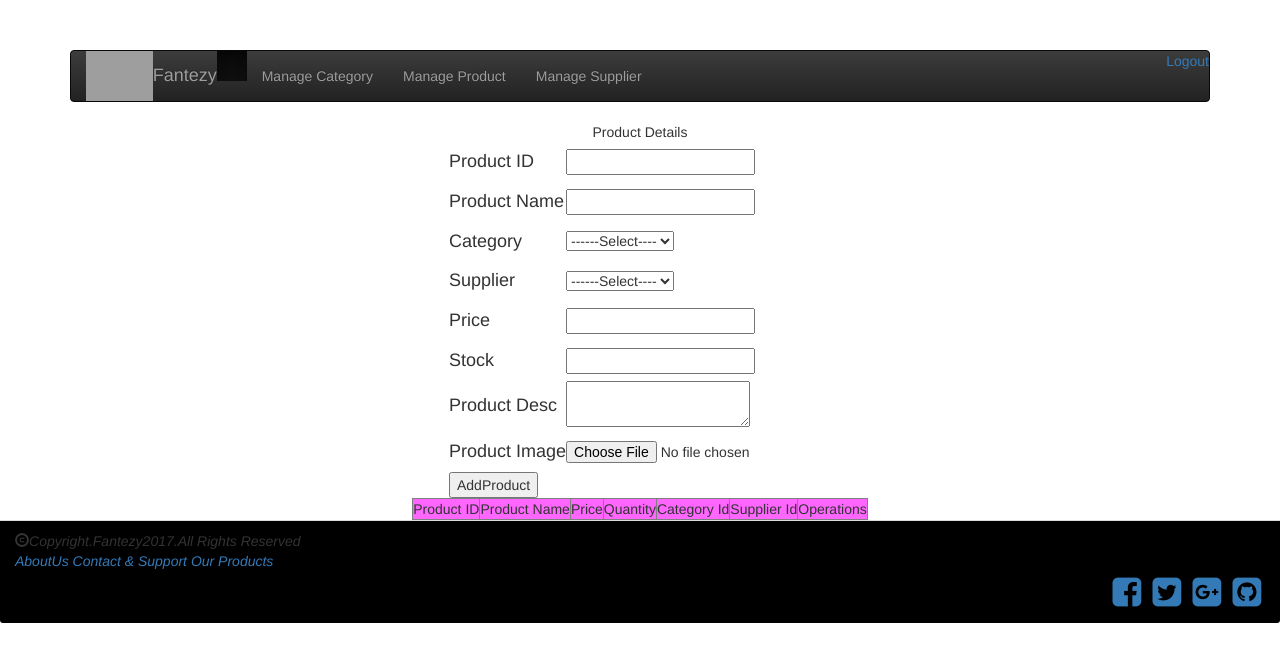
Repository: Safna93/eCommerce-project
Page: http://localhost/FantezyFrontendProject/WEB-INF/views/Product.jsp
The author's editor kept a copy of each file at every save. The page is drawn from the files as they stood at one save, then again after the next save.
The browser window is 1280 px wide. The pictures show the whole page.
Pictures or frames that could not be fetched are drawn as grey boxes. Some web libraries are served in a nearby version. The page is served by Tomcat 9. Nobody is signed in. Other server files are loaded and not shown. The template is opened directly, without the code that normally fills it, so the values that code supplies are empty.

Above is the page before, as saved 2017-07-11 09:10:39.

### Fantezy Project/Fantezy/FantezyFrontendProject/src/main/webapp/WEB-INF/views/Product.jsp
<%@ page language="java" contentType="text/html"%>
<%@ taglib uri="http://java.sun.com/jsp/jstl/core" prefix="c"%>
<%@taglib prefix="form" uri="http://www.springframework.org/tags/form"%>

<%@include file="AdminHeader.jsp"%>

<form:form method="POST" action="InsertProduct" modelAttribute="product" enctype="Multipart/form-data">
<table align="center">
			<tr>
				<td colspan="2"><center>Product Details</center></td>
			</tr>
			<tr>
				<td><h4>Product ID</h4></td>
				<td><form:input path="prodid" /></td>
			</tr>
			<tr>
				<td><h4>Product Name</h4></td>
				<td><form:input path="prodname" /></td>
			</tr>

			<tr>
				<td><h4>Category</h4></td>
				<td><form:select path="catid">
						<form:option value="0" label="------Select----" />
						<form:options items="${catlist}" />
					</form:select>
				</td>
			</tr>
			<tr>
				<td><h4>Supplier</h4></td>
				<td><form:select path="suppid">
						<form:option value="0" label="------Select----" />
						<form:options items="${supplist}" />
					</form:select>
				</td>
			</tr>

			<tr>
				<td><h4>Price</h4></td>
				<td><form:input path="price" /></td>
			</tr>
			<tr>
				<td><h4>Stock</h4></td>
				<td><form:input path="quantity" /></td>
			</tr>
			<tr>
				<td><h4>Product Desc</h4></td>
				<td><form:textarea path="proddesc" /></td>
			</tr>
			<tr>
				<td><h4>Product Image</h4></td>
				<td><form:input type="file" path="pimage" /></td>
			</tr>

			<tr>
			<td colspan="2"><input type="submit" value="AddProduct"/></td>
			</tr>
</table>
</form:form>

<!-- Displaying the Product data using Table -->
<table cellspacing="2" align="center" border="1">

	<tr bgcolor="#ff66ff">
		<td>Product ID</td>
		<td>Product Name</td>
		<td>Price</td>
		<td>Quantity</td>
		<td>Category Id</td>
		<td>Supplier Id</td>
		<td>Operations</td>
	</tr>
	<c:forEach items="${prodlist}" var="product">
		<tr bgcolor="#00ff99">
			<td>${product.prodid}</td>
			<td>${product.prodname}</td>
			<td>${product.price}</td>
			<td>${product.quantity}</td>
			<td>${product.catid}</td>
			<td>${product.suppid}</td>
			<td><a href="<c:url value="deleteProduct/${product.prodid}"/>">Delete</a>
				<a href="<c:url value="updateProduct/${product.prodid}"/>">Update</a>
			</td>
		</tr>
	</c:forEach>
</table>
<!-- Completed Displaying Table -->
<%@include file="Footer.jsp" %>
</body>
</html>

### Fantezy Project/Fantezy/FantezyFrontendProject/src/main/webapp/WEB-INF/views/AdminHeader.jsp
<!DOCTYPE html>
<html lang="en">
<head>
<title>Fatntezy-The Girlz Corner</title>
<meta charset="utf-8">
<meta name="viewport" content="width=device-width, initial-scale=1">
<%@ taglib uri="http://java.sun.com/jsp/jstl/core" prefix="c"%>
<link rel="stylesheet"
	href="https://maxcdn.bootstrapcdn.com/bootstrap/3.3.7/css/bootstrap.min.css">
<link href="<c:url value="/resources/css/Head.css" />" rel="stylesheet">
<script
	src="https://ajax.googleapis.com/ajax/libs/jquery/3.2.1/jquery.min.js"></script>
<script
	src="https://maxcdn.bootstrapcdn.com/bootstrap/3.3.7/js/bootstrap.min.js"></script>
</head>
<body>




	<div class="header">
		<div class="container">
			<header style="height: 50px;"></header>
			<!------------- Navbar -------------->
			<nav class="my-nav navbar navbar-inverse bs-dark">
				<div class="navbar-header"></div>












				<div class="collapse navbar-collapse"
					id="bs-example-navbar-collapse-1">
					<ul class="nav navbar-nav">
						<a class="navbar-brand" href="#" style="padding: 0px;"> <img
							src="mylogo.png" style="height: 100%; display: inline-block;"><span>Fantezy</span>
						</a>


						<li class="active"><a href="ioo"><span class="sr-only">HOME</span></a></li>

						<li><a href="Category">Manage Category</a></li>
						<li><a href="Product">Manage Product</a></li>
						<li><a href="Supplier">Manage Supplier</li>

					</ul>
					<ul>
						<div class="nav navbar-nav navbar-right">

							<a href="logout">Logout</a> </a>
						</div>
					</ul>
				</div>







				</li>
				</ul>
		</div>
		</nav>
	</div>

	<!----------- !Navbar End ------------>


	</div>

### Fantezy Project/Fantezy/FantezyFrontendProject/src/main/webapp/WEB-INF/views/Footer.jsp


<html lang="en">
<head>
<title>Fantezy</title>
  <meta charset="utf-8">
  <meta name="viewport" content="width=device-width, initial-scale=1"><!-- Latest compiled and minified CSS -->
<link rel="stylesheet" href="https://maxcdn.bootstrapcdn.com/bootstrap/3.3.4/css/bootstrap.min.css">
<link rel="stylesheet" href="https://cdnjs.cloudflare.com/ajax/libs/font-awesome/4.6.3/css/font-awesome.min.css">
<!-- Optional theme -->
<link rel="stylesheet" href="https://maxcdn.bootstrapcdn.com/bootstrap/3.3.4/css/bootstrap-theme.min.css">
 <!-- jQuery (necessary for Bootstrap's JavaScript plugins) -->
    <script src="https://ajax.googleapis.com/ajax/libs/jquery/1.11.2/jquery.min.js"></script>
<!-- Latest compiled and minified JavaScript -->
<script src="https://maxcdn.bootstrapcdn.com/bootstrap/3.3.4/js/bootstrap.min.js"></script>
  <style>
.panel-footer{
	background-color: black;
	font-style: oblique;
}
body{
	background-color: white;
	font:oblique;
	size:18;
}
.social:hover {
     -webkit-transform: scale(1.1);
     -moz-transform: scale(1.1);
     -o-transform: scale(1.1);
 }
 .social {
     -webkit-transform: scale(0.8);
     /* Browser Variations: */

     -moz-transform: scale(0.8);
     -o-transform: scale(0.8);
     -webkit-transition-duration: 0.5s;
     -moz-transition-duration: 0.5s;
     -o-transition-duration: 0.5s;
 }
/*
    Multicoloured Hover Variations
*/

 #social-fb:hover {
     color: #3B5998;
 }
 #social-tw:hover {
     color: #4099FF;
 }
 #social-gp:hover {
     color: #d34836;
 }
 #social-gh:hover {
     color: black;
 }
</style>
</head>
<body>
<div class="panel-footer">

  <span class="glyphicon glyphicon-copyright-mark"></span>Copyright.Fantezy2017.All Rights Reserved
<div class="text-left left-block">
<a href="AboutUs">AboutUs</a></li>

<a href="ContactUs">Contact & Support</a>
<a href="ProductDesc">Our Products</a>





<div class="text-right right-block">

                <a href="https://www.facebook.com"><i id="social-fb" class="fa fa-facebook-square fa-3x social"></i></a>
	            <a href="https://twitter.com"><i id="social-tw" class="fa fa-twitter-square fa-3x social"></i></a>
	            <a href="https://plus.google.com"><i id="social-gp" class="fa fa-google-plus-square fa-3x social"></i></a>
	            <a href="https://github.com"><i id="social-gh" class="fa fa-github-square fa-3x social"></i></a>
</div>

</div>


</body>
</html>

### Fantezy Project/Fantezy/FantezyFrontendProject/src/main/webapp/resources/css/Head.css


.bs-dark.navbar-inverse {
  background-color: #222;
  border-color: #080808;
}
.bs-dark .navbar-img {padding:5px 6px !important;}
.bs-dark .navbar-img img {width:40px;}
.bs-dark .dropdown-menu {
  min-width: 200px;
  padding: 5px 0;
  margin: 2px 0 0;
  background-color: #000;
  border: 1px solid rgba(0, 0, 0, 0.7);
  border: 1px solid rgba(0, 0, 0, .15);
  -webkit-box-shadow: 0 6px 12px rgba(0, 0, 0, .175);
          box-shadow: 0 6px 12px rgba(0, 0, 0, .175);
}

.bs-dark .dropdown-menu .divider {
  border: 1px solid rgba(0, 0, 0, 0.8);
}
.bs-dark .dropdown-menu > li > a {
  padding: 6px 20px;
  color: rgba(255,255,255,0.80);
}
.bs-dark .dropdown-menu > li > a:hover,
.bs-dark .dropdown-menu > li > a:focus {
  color: rgba(255,255,255,0.70);
  text-decoration: none;
  background-color: transparent;
}
.bs-dark .dropdown-menu > .active > a,
.bs-dark .dropdown-menu > .active > a:hover,
.bs-dark .dropdown-menu > .active > a:focus {
  color: rgba(255,255,255,0.70);
  text-decoration: none;
  background-color: transparent;
  outline: 0;
}

.bs-dark .navbar-form {
  margin:0;
  margin-top: 5px;
  padding:8px 0px;
}

.bs-dark .navbar-form .search-box {
  border:0px;
  height:35px;
  outline: none;
  width:320px;
  padding-right: 3px;
  padding-left: 15px;
  margin:4px;
  -webkit-border-radius: 22px;
  -moz-border-radius: 22px;
  border-radius: 22px;
}

.bs-dark .navbar-form button {
  border: 0;
  background: none;
  padding: 2px 5px;
  margin-top: 2px;
  position: relative;
  left: -34px;
  margin-bottom: 0;
  -webkit-border-radius: 3px;
  -moz-border-radius: 3px;
  border-radius: 3px;
}

.bs-dark .search-box:focus + button {
  z-index: 3;
}

@media (min-width: 768px) {
    .bs-dark .dropdown:hover {background-color: #000;}
	.bs-dark .dropdown:hover .dropdown-menu {
	  display: block;
	}
	.bs-dark .navbar-form {
	  padding:0px;
	}
	.bs-dark .navbar-form .search-box {
	  width:260px;
	  height:32px;
	}

}

After the next save:
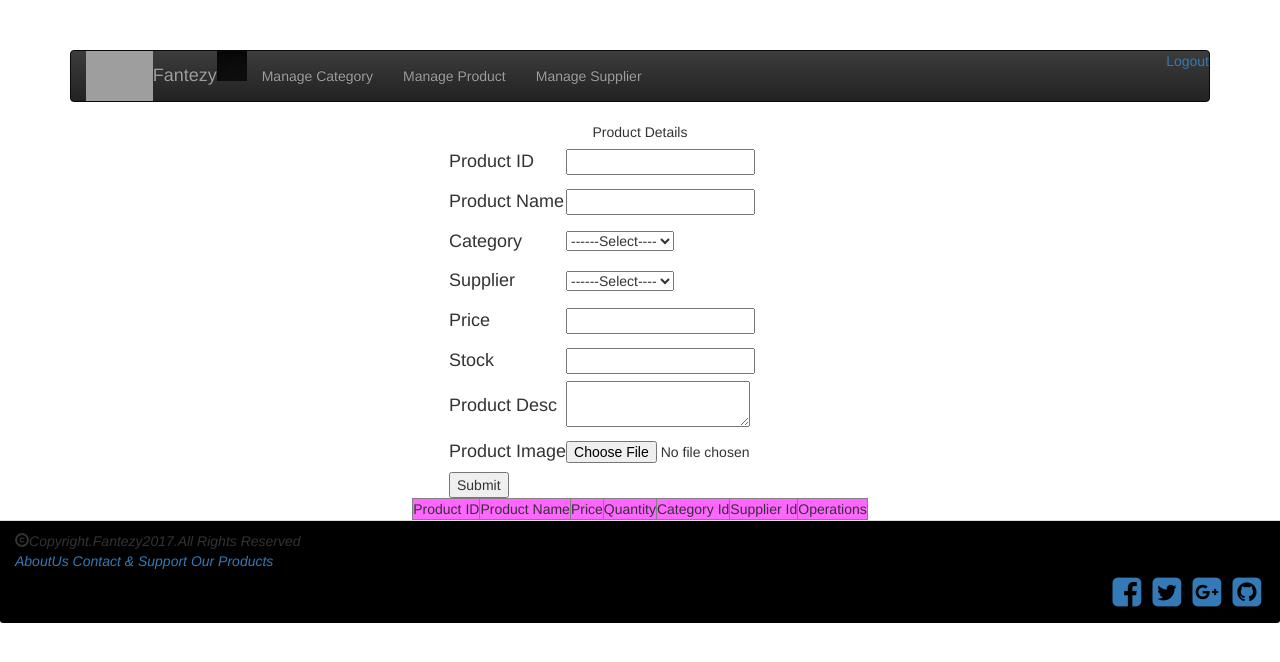
Saved 97 s later.
--- a/Fantezy Project/Fantezy/FantezyFrontendProject/src/main/webapp/WEB-INF/views/Product.jsp
+++ b/Fantezy Project/Fantezy/FantezyFrontendProject/src/main/webapp/WEB-INF/views/Product.jsp
@@ -53,7 +53,8 @@
 			</tr>
 
 			<tr>
-			<td colspan="2"><input type="submit" value="AddProduct"/></td>
+			<td colspan="2"><input type="submit" /></td>
+			<meta http-equiv="refresh" content="600; url=Category.jsp">
 			</tr>
 </table>
 </form:form>
